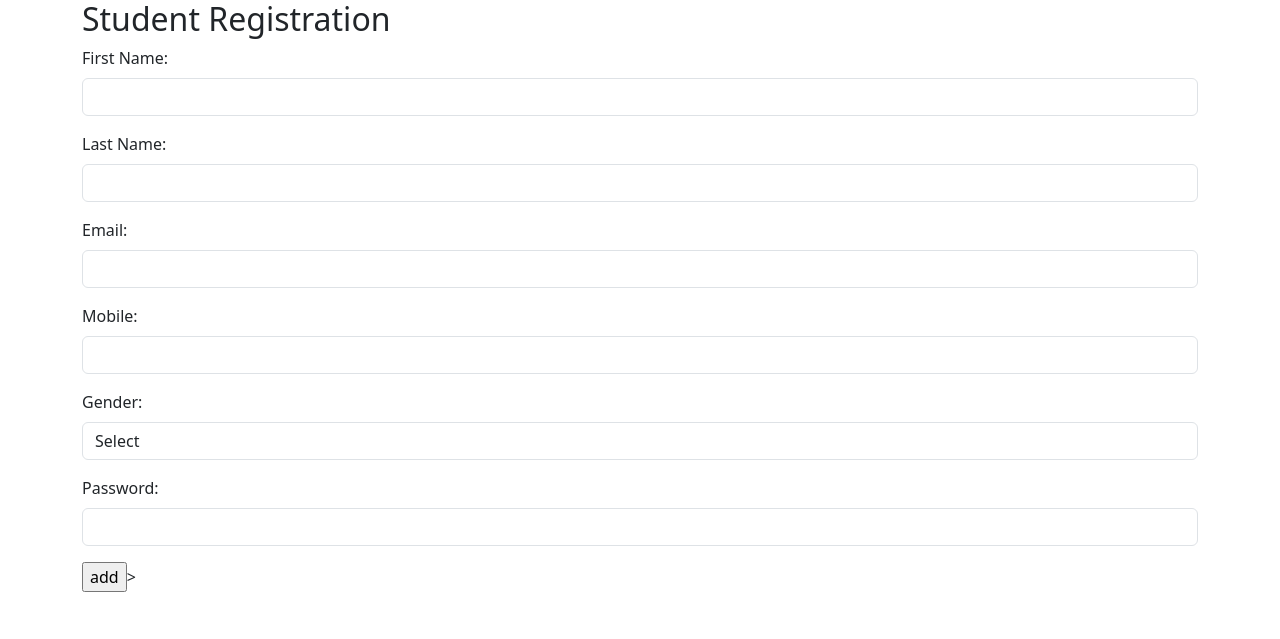
Repository: 2001Yogi/JavaWebAssignment
Page: http://localhost/JSPServletCRUD/
These files come from the project's save history. The page is drawn as it stood at one moment and after the next save; the edit follows.
The browser window is 1280 px wide. The pictures show the whole page.
The page is served by Tomcat 9.

Above is the page before, as saved 2024-09-19 09:41:00.

After the next save:
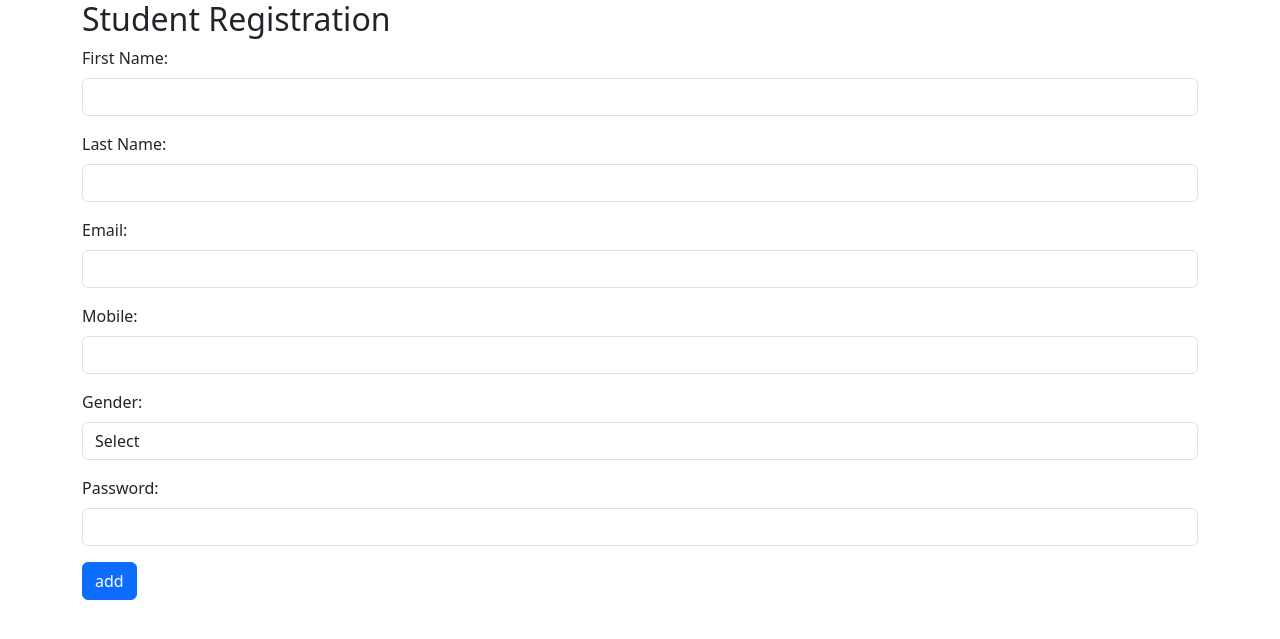
Saved 3 min 28 s later.
--- a/JSPServletCRUD/src/main/webapp/index.jsp
+++ b/JSPServletCRUD/src/main/webapp/index.jsp
@@ -59,7 +59,7 @@
                 <label for="password" class="form-label">Password:</label>
                 <input type="password" class="form-control" id="password" name="password" required>
             </div>
-            <input type = "Submit" name ="action" value ="add">>
+            <input type = "Submit" name ="action" value ="add" class="btn btn-primary">
         </form>
     </div>
 </body>
